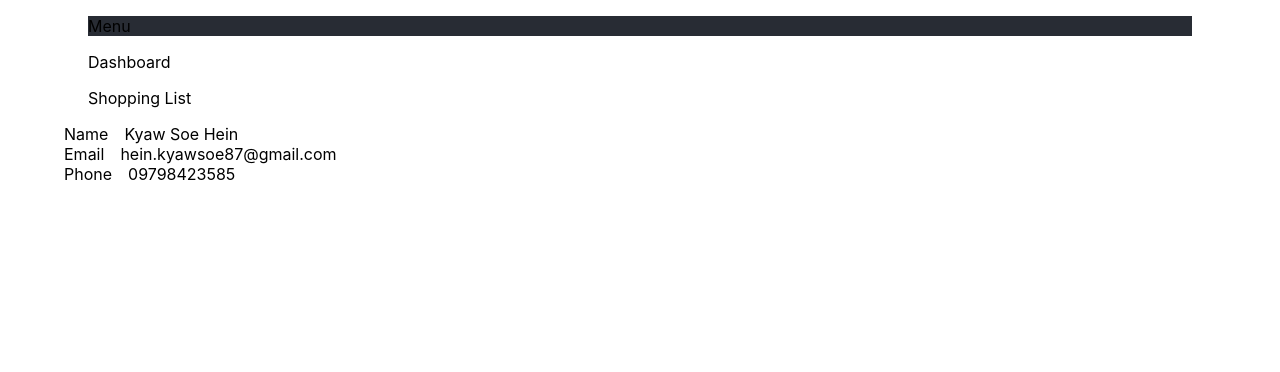
Repository: KyawSoeHein/GoogleAuthReact
Page: /
These files come from the project's save history. The page is drawn as it stood at one moment and after a run of saves; the edit follows.
The browser window is 1280 px wide. The pictures show the whole page.
The project was rebuilt for these pictures with package versions that can differ from the ones it lists, and the page was loaded fresh each time.

Above is the page before, as saved 2022-02-14 18:42:39.

After the next 2 saves:
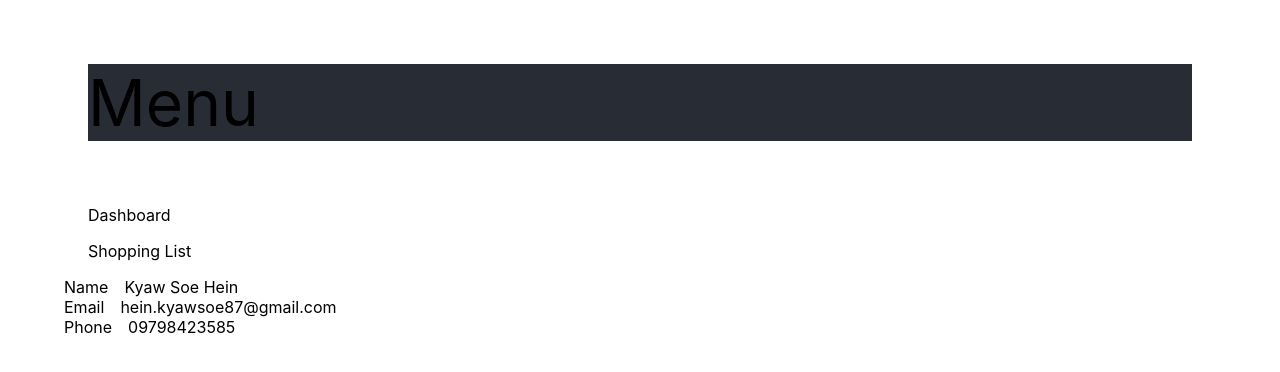
The 2 saves are shown as one change because they came seconds apart.
The last was saved 51 s later.
--- a/src/App.css
+++ b/src/App.css
@@ -38,6 +38,6 @@
 }
 
 .menuSelectionTitle {
-  size: 64;
+  font-size: 64px;
   background-color: #282c34;
 }
